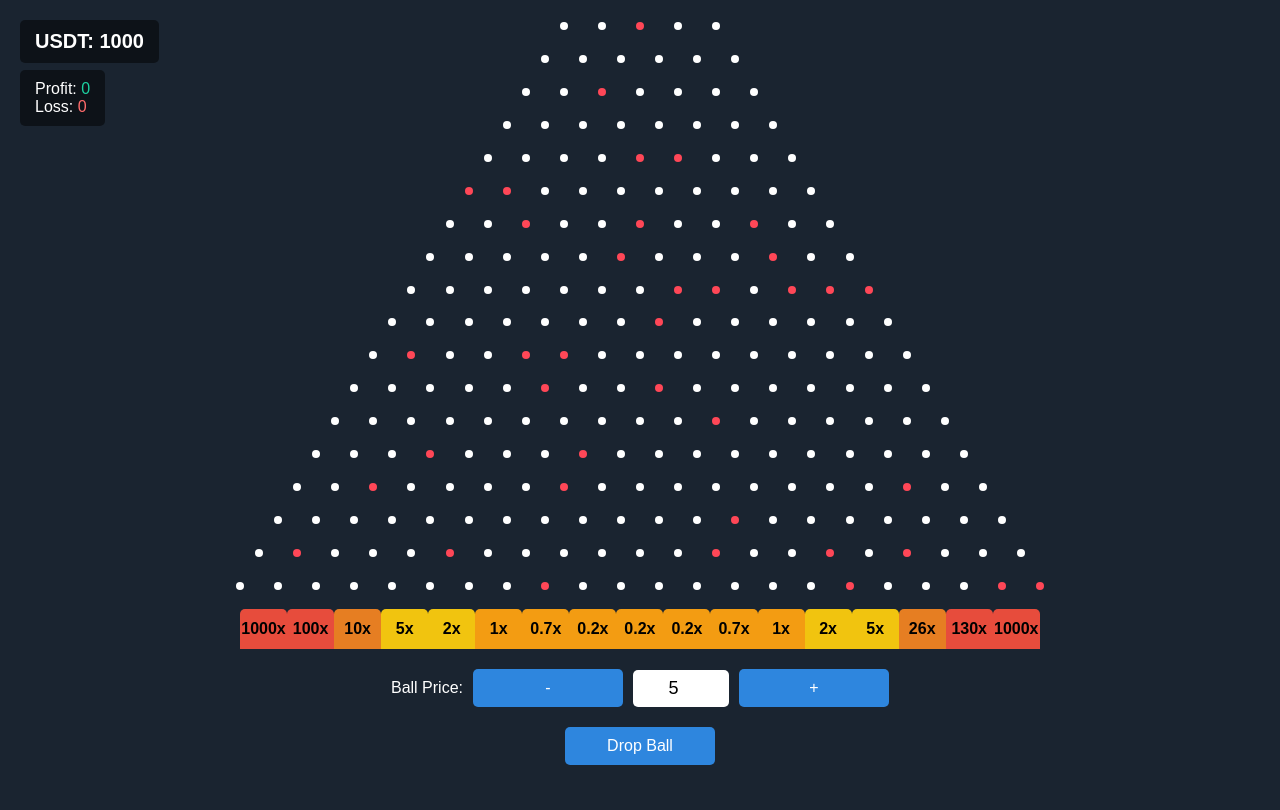
Repository: daffa-alif/PLINKO-JS
Page: index.html
An editor plug-in stored every save of this project. The page is shown before and after the next save, followed by the edit.
The browser window is 1280 px wide. The pictures show the whole page.

Above is the page before, as saved 2025-03-07 09:23:00.

After the next save:
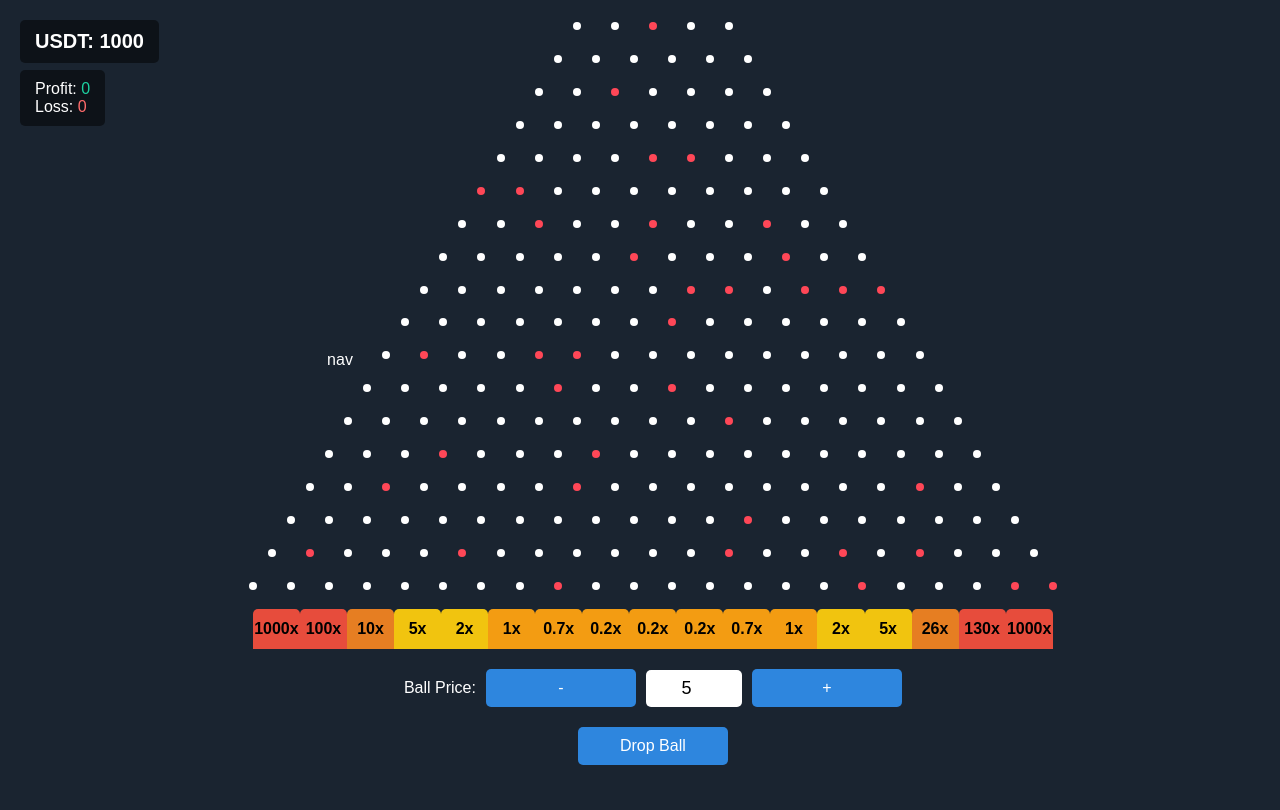
Saved 6 s later.
--- a/index.html
+++ b/index.html
@@ -184,7 +184,7 @@
 </head>
 <body>
     <nav>
-        <header></header>
+        <header>nav</header>
     </nav>
 <div>
     <div class="balance">USDT: <span id="balance">1000</span></div>
